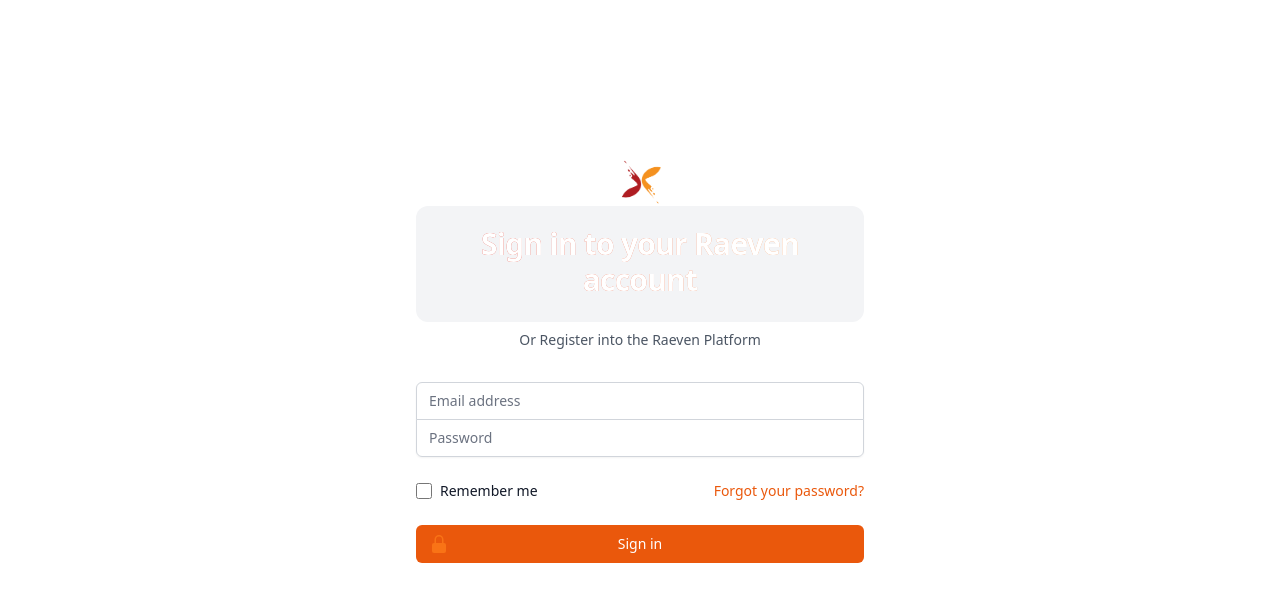
Repository: Curiosityxploring/raeven-site
Page: /login
These files come from the project's save history. The page is drawn as it stood at one moment and after the next save; the edit follows.
The browser window is 1280 px wide. The pictures show the whole page.
The project was rebuilt for these pictures with package versions that can differ from the ones it lists, and the page was loaded fresh each time. The framework's server and built-in components were replaced by stand-ins that run in the browser. Also part of the build but not shown: next.config.js.

Above is the page before, as saved 2023-01-12 15:42:32.

After the next save:
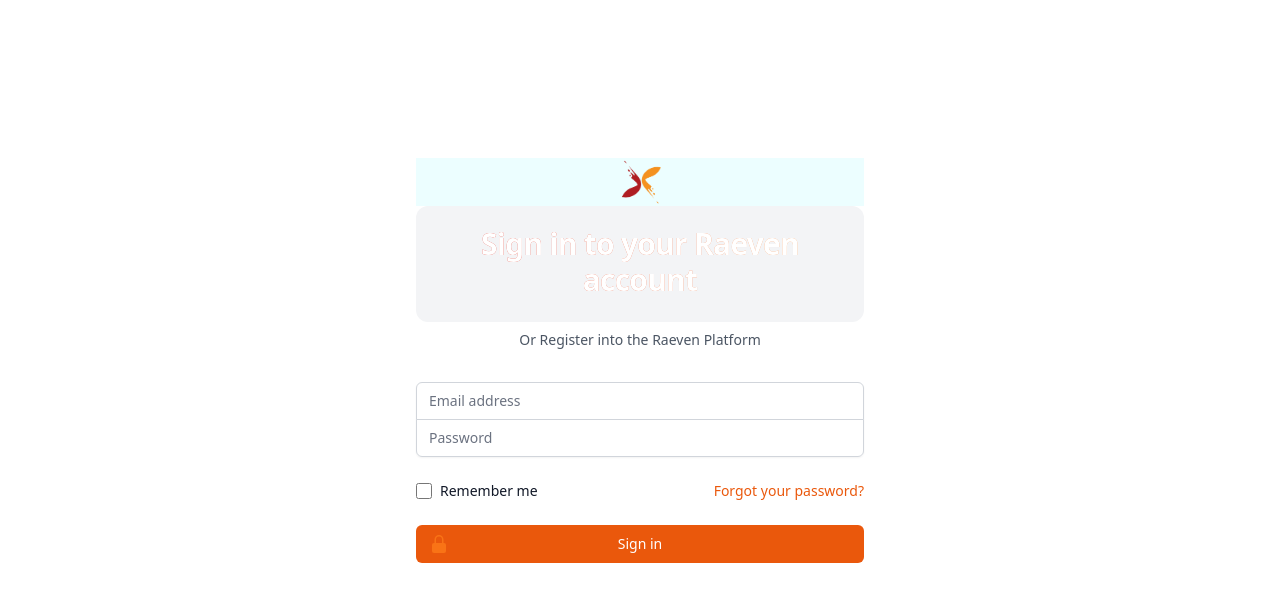
Saved 6 s later.
--- a/pages/login.jsx
+++ b/pages/login.jsx
@@ -15,7 +15,7 @@
       <div className="flex h-screen items-center justify-center py-12 px-4 sm:px-6 lg:px-8">
         <div className="w-full max-w-md space-y-8">
           <div>
-            <div className="bg">
+            <div className="bg-cyan-50">
             <img
               className="mx-auto h-12 w-auto"
               src="/images/curiositylogo.png"
